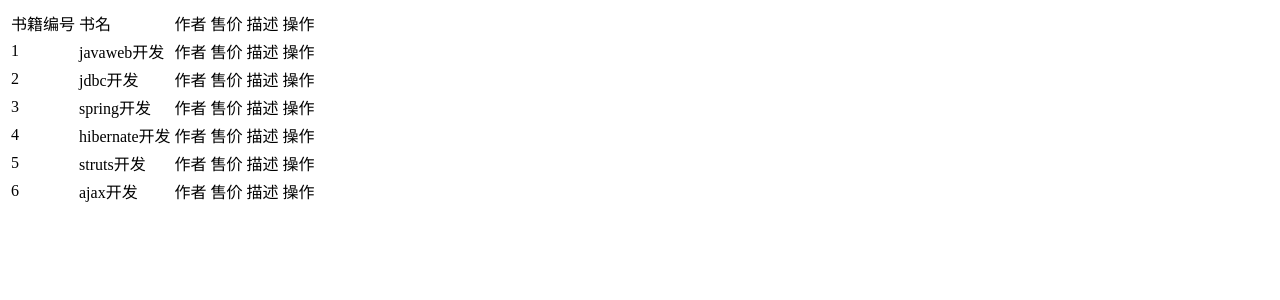
Repository: wsws1996/myproject
Page: http://localhost/day10/servlet/ListBookServlet
An editor plug-in stored every save of this project. The page is shown before and after a run of saves, followed by the edit.
The browser window is 1280 px wide. The pictures show the whole page.
The page is served by Tomcat 9.

Above is the page before, as saved 2015-11-22 05:23:37.

After the next 2 saves:
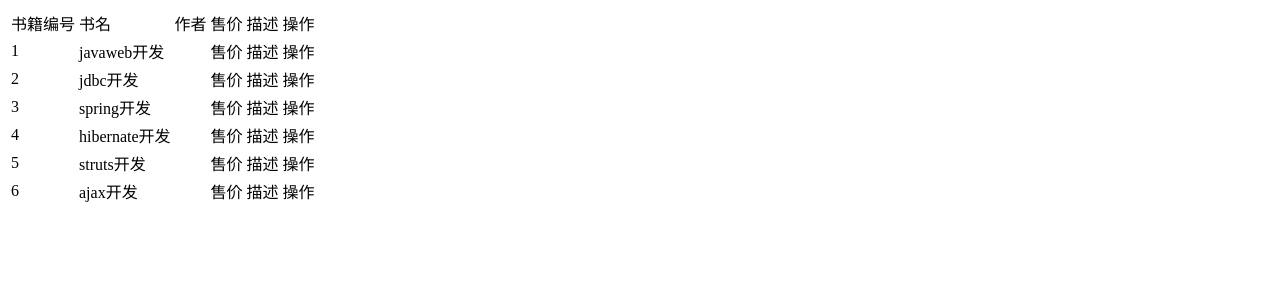
The 2 saves are shown as one change because they came seconds apart.
The last was saved 17 s later.
--- a/java/workspace/day10/WebRoot/WEB-INF/jsp/listbook.jsp
+++ b/java/workspace/day10/WebRoot/WEB-INF/jsp/listbook.jsp
@@ -24,7 +24,7 @@
 			<tr>
 				<td>${me.key }</td>
 				<td>${me.value.name }</td>
-				<td>作者</td>
+				<td ${me.value.author }</td>
 				<td>售价</td>
 				<td>描述</td>
 				<td>操作</td>
